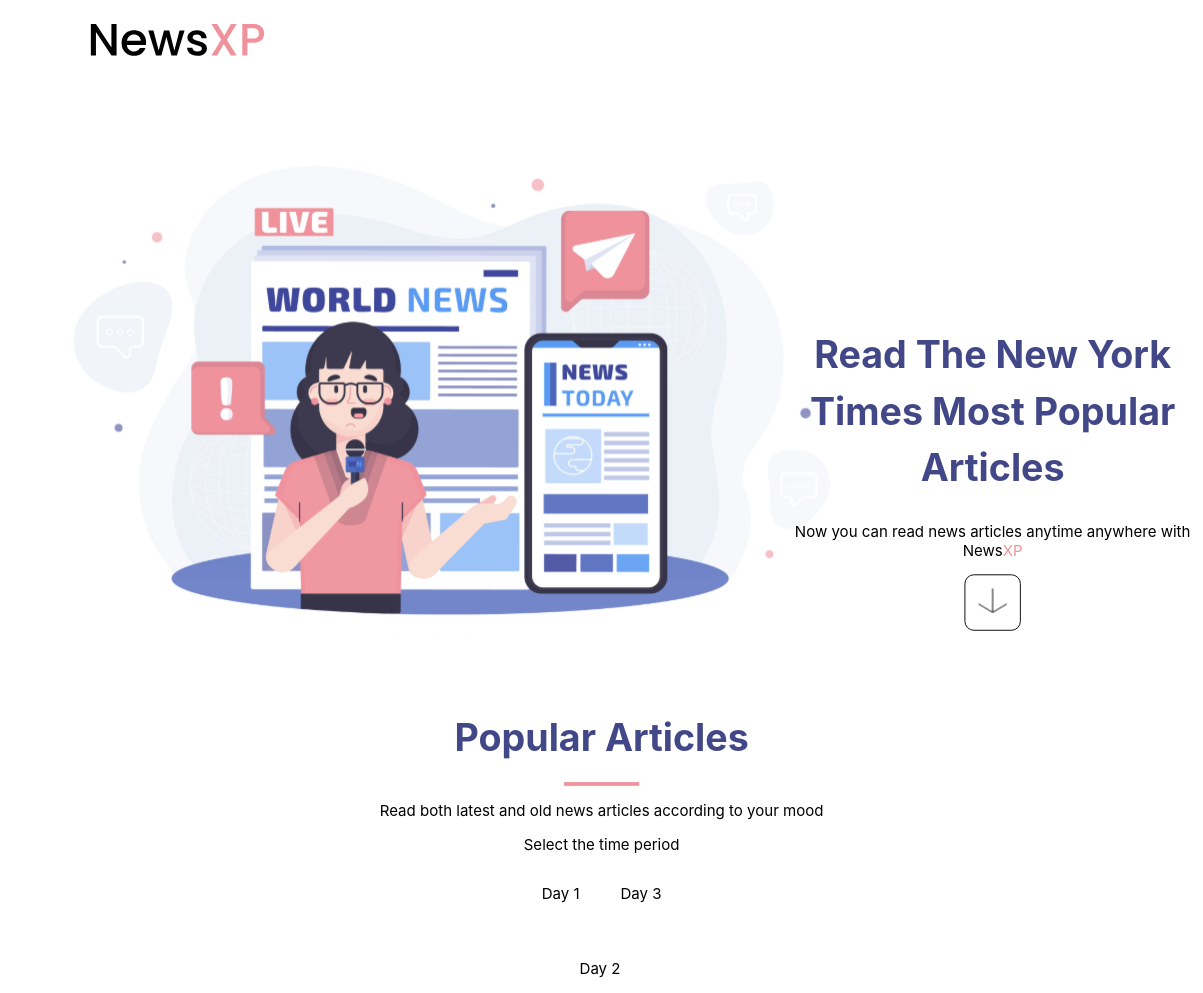
Repository: vishalsinghhh/NewsXP
Page: /
These files come from the project's save history. The page is drawn as it stood at one moment and after a run of saves; the edit follows.
The browser window is 1280 px wide. The pictures show the whole page, at 94% of full size.
The project was rebuilt for these pictures with package versions that can differ from the ones it lists, and the page was loaded fresh each time. Imported but missing from the stored project, and not drawn on this page: src/pages/Error.

Above is the page before, as saved 2021-08-20 11:20:51.

After the next 2 saves:
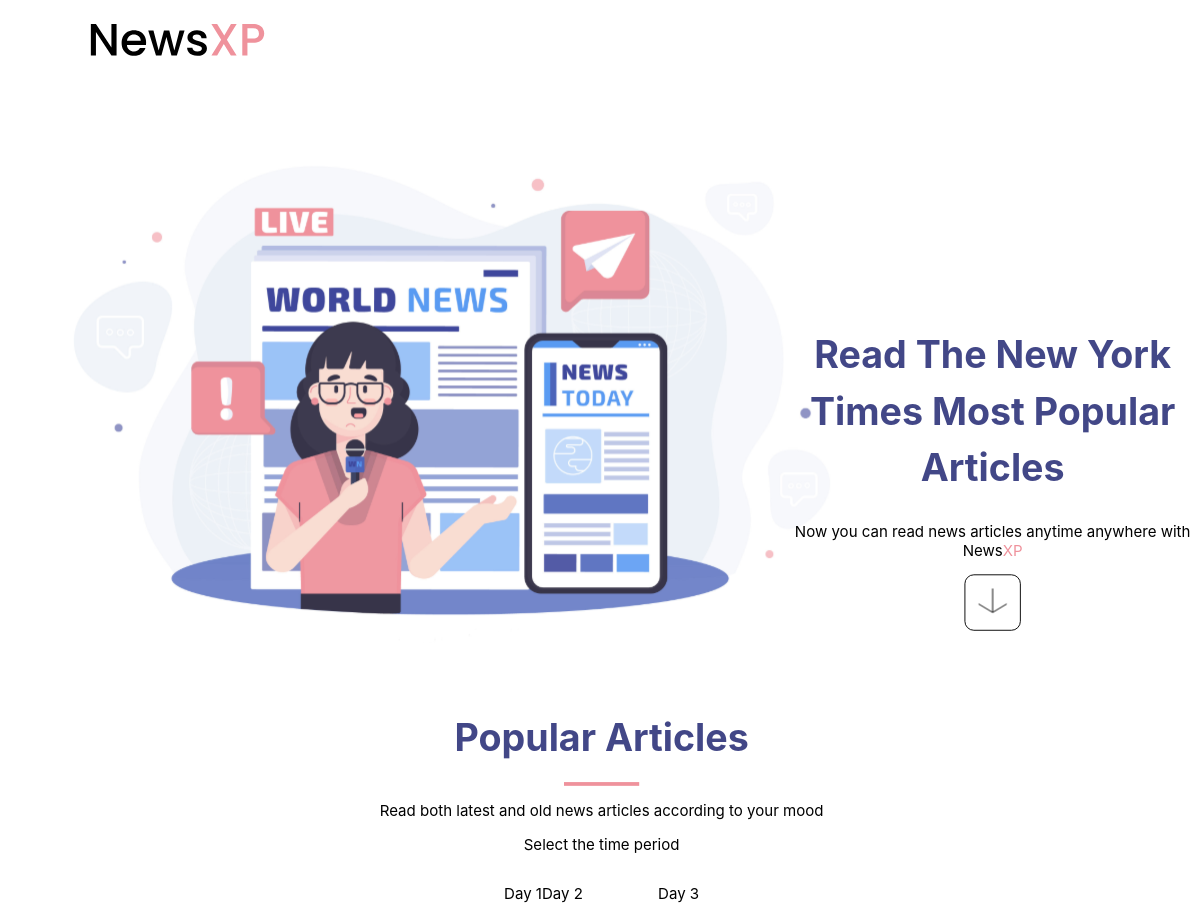
The 2 saves are shown as one change because they came seconds apart.
The last was saved 8 s later.
--- a/src/pages/pages.css
+++ b/src/pages/pages.css
@@ -114,5 +114,5 @@
   text-align: center;
 }
 .day2{
-  padding: 5rem 0rem 0rem 0rem;
+  padding: 0rem 5rem 0rem 0rem;
 }
